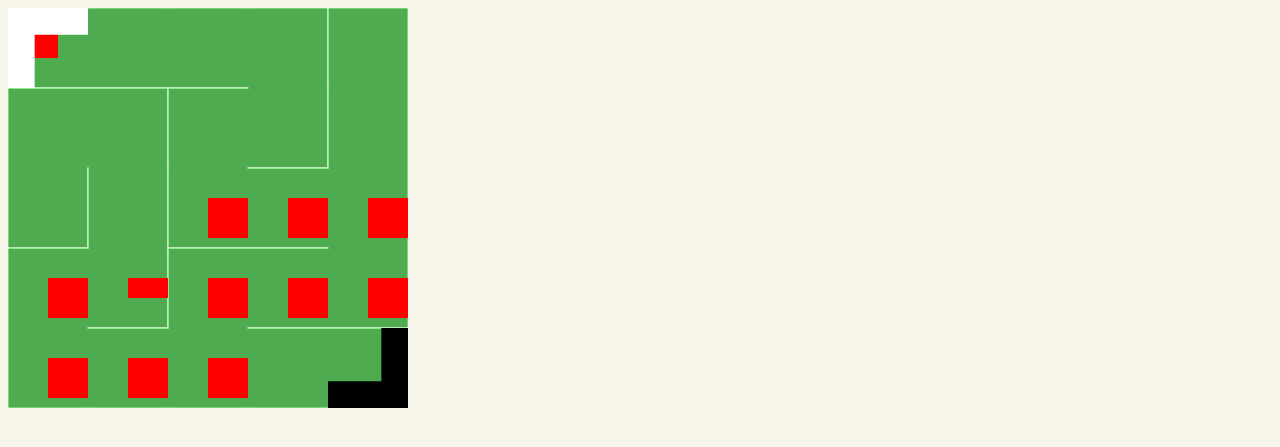
Repository: animarcus/maze-generator
Page: index.html
These files come from the project's save history. The page is drawn as it stood at one moment and after the next save; the edit follows.
The browser window is 1280 px wide. The pictures show the whole page.
Some web libraries are served in a nearby version.

Above is the page before, as saved 2020-09-12 20:02:10.

After the next save:
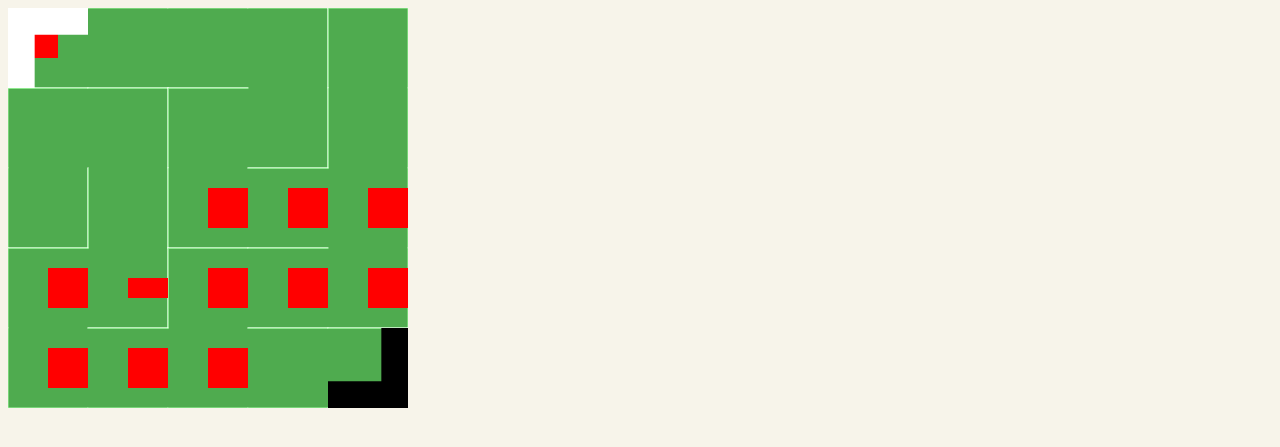
Saved 9 s later.
--- a/js/sketch.js
+++ b/js/sketch.js
@@ -103,7 +103,7 @@ let maze = {
     console.log(x, y);
     fill(color("red"));
     // x + w/2, y + w/2-w/8, w/2, w/4
-    rect(x + w/2, y + w/2-w/8, w/2, w/2);
+    rect(x + w/2, y + w/2-w/4, w/2, w/2);
   }
 };
 
